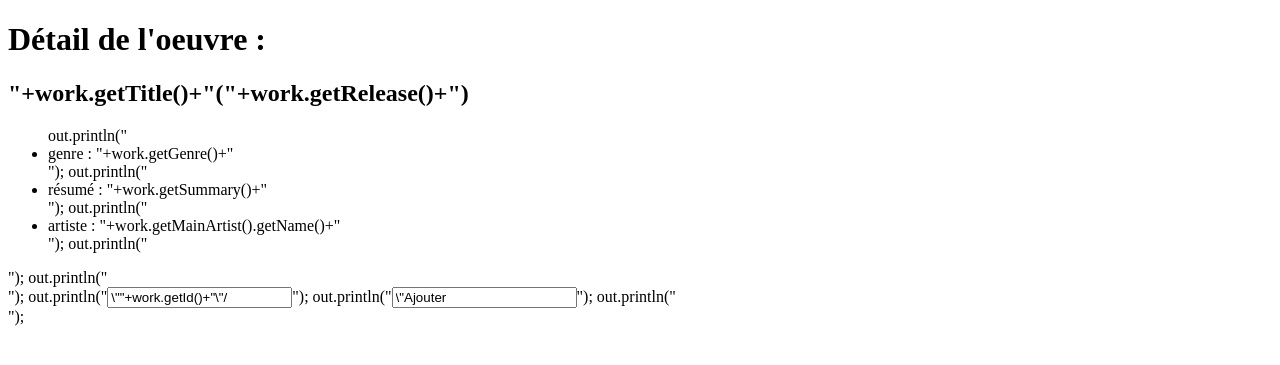
Repository: Fabff/javaWebService
Page: http://localhost/frontoffice/WEB-INF/work-details.jsp
These files come from the project's save history. The page is drawn as it stood at one moment and after the next save; the edit follows.
The browser window is 1280 px wide. The pictures show the whole page.
The page is served by Tomcat 9. Nobody is signed in. Other server files are loaded and not shown. The template is opened directly, without the code that normally fills it, so the values that code supplies are empty.

Above is the page before, as saved 2023-04-22 18:53:32.

### frontoffice/src/main/webapp/WEB-INF/work-details.jsp
<%@ page language="java" contentType="text/html; charset=UTF-8"
    pageEncoding="UTF-8"%>
<!DOCTYPE html>
<html>
<head>
<meta charset="UTF-8">
<title>Insert title here</title>
</head>
<body>
<h1>Détail de l'oeuvre : </h1>
<h2>"+work.getTitle()+"("+work.getRelease()+")</h2>
<ul>
			out.println("<li> genre : "+work.getGenre()+"</li>");
			out.println("<li> résumé : "+work.getSummary()+"</li>");
			out.println("<li> artiste : "+work.getMainArtist().getName()+"</li>");
			out.println("</ul>");


			out.println("<form action=\"addToCart\" method=\"POST\">");
			out.println("<input type=\"hidden\" name=\"identifiant\" value=\""+work.getId()+"\"/>");
			out.println("<input type=\"submit\" value=\"Ajouter au caddie\"/>");
			out.println("</form>");
</body>
</html>

After the next save:
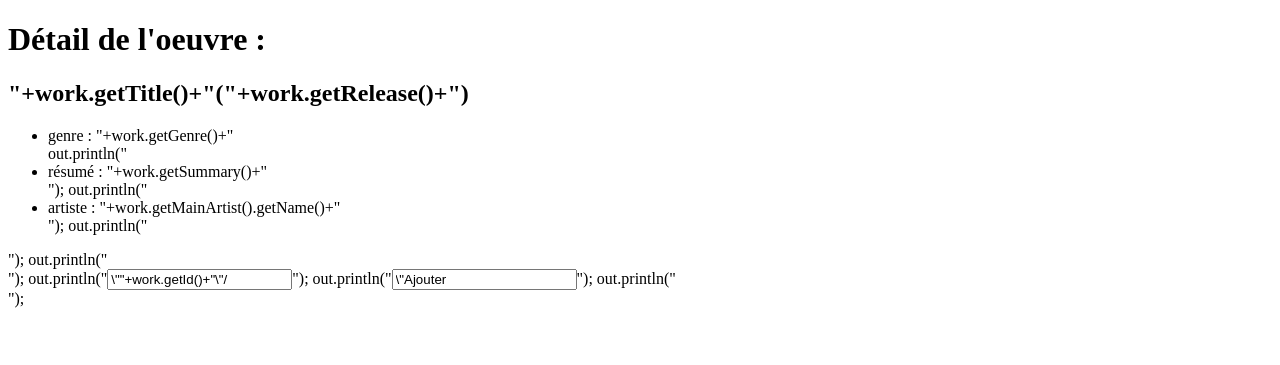
Saved 7 s later.
--- a/frontoffice/src/main/webapp/WEB-INF/work-details.jsp
+++ b/frontoffice/src/main/webapp/WEB-INF/work-details.jsp
@@ -10,7 +10,7 @@
 <h1>Détail de l'oeuvre : </h1>
 <h2>"+work.getTitle()+"("+work.getRelease()+")</h2>
 <ul>
-			out.println("<li> genre : "+work.getGenre()+"</li>");
+<li> genre : "+work.getGenre()+"</li>
 			out.println("<li> résumé : "+work.getSummary()+"</li>");
 			out.println("<li> artiste : "+work.getMainArtist().getName()+"</li>");
 			out.println("</ul>");
